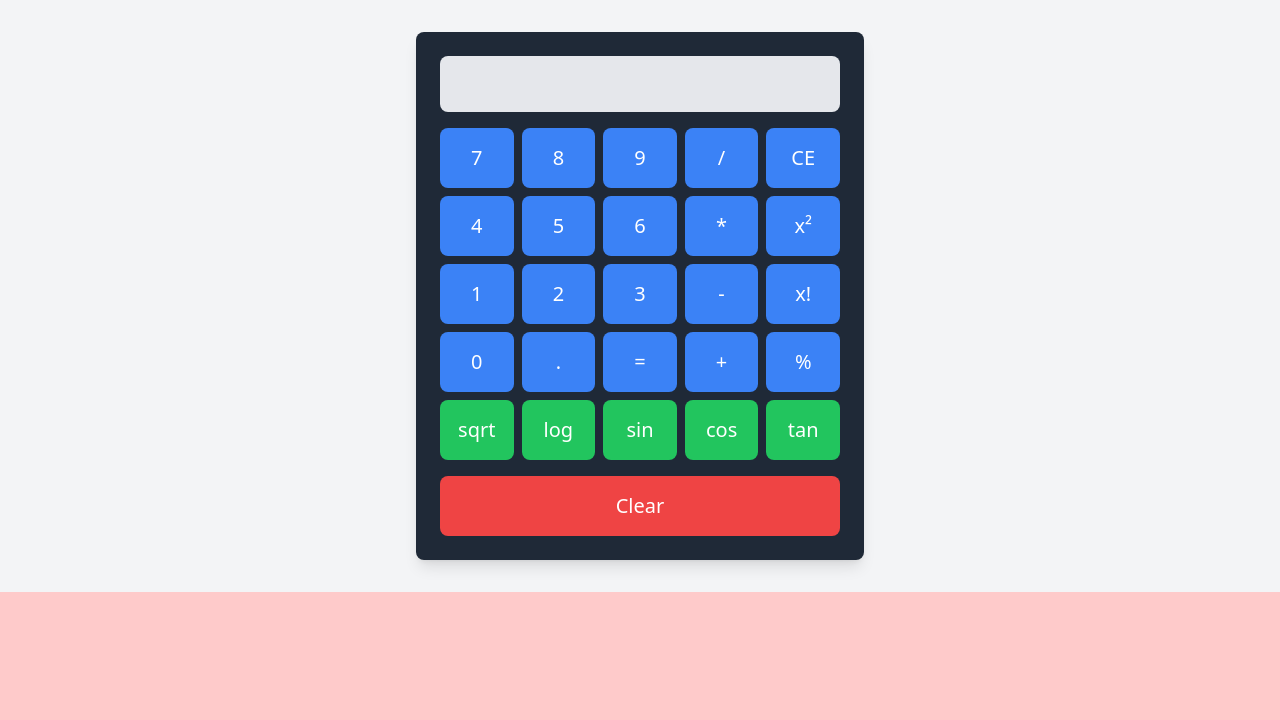
Repository: Sirinegaddour11/Calculator-App
Page: /
The author's editor kept a copy of each file at every save. The page is drawn from the files as they stood at one save, then again after the next save.
The browser window is 1280 px wide. The pictures show the whole page.
The project was rebuilt for these pictures with package versions that can differ from the ones it lists, and the page was loaded fresh each time. The framework's server and built-in components were replaced by stand-ins that run in the browser. Also part of the build but not shown: next.config.mjs.

Above is the page before, as saved 2024-09-16 19:21:20.

### app/layout.tsx
import type { Metadata } from "next";
import "./globals.css";

export const metadata: Metadata = {
  title: "Calculator App",
  description: "Generated by me",
};

export default function RootLayout({
  children,
}: Readonly<{
  children: React.ReactNode;
}>) {
  return (
    <html lang="en">
      <body className="bg-red-200">{children}</body>
    </html>
  );
}

### app/page.tsx
import Calculator from "@/components/calculator";
import Image from "next/image";

export default function Home() {
  return (
    <div>
      <Calculator />
    </div>
  );
}

### app/globals.css
@tailwind base;
@tailwind components;
@tailwind utilities;

.dark .three-d {
  text-shadow: 0px 5px 0px #533519;
}
.three-d {
  text-shadow: none;
}
.dark .simplebar-scrollbar ::before {
 background-color: rgb(216, 217, 231);
}

### components/calculator.tsx
"use client";
import React, { useState } from "react";
import { evaluate, pi, exp, ln, factorial } from "mathjs";

const Calculator: React.FC = () => {
  const [expression, setExpression] = useState<string>("");
  const [lastResult, setLastResult] = useState<string>("");

  const handleButtonClick = (value: string) => {
    switch (value) {
      case "pi":
        setExpression((prev) => prev + pi.toString());
        break;
      case "e":
        setExpression((prev) => prev + exp(1).toString());
        break;
      case "Ans":
        setExpression((prev) => prev + lastResult);
        break;
      case "ln":
        setExpression((prev) => prev + "ln(");
        break;
      case "x!":
        setExpression((prev) => prev + "factorial(");
        break;
      case "%":
        setExpression((prev) => prev + "/100");
        break;
      case "inv":
        setExpression((prev) => prev + "^(-1)");
        break;
      case "EXP":
        setExpression((prev) => prev + "*10^");
        break;
      case "CE":
        setExpression((prev) => prev.slice(0, -1));
        break;
      case "x²":
        setExpression((prev) => prev + "^2");
        break;
      default:
        if (["sqrt", "log", "sin", "cos", "tan", "^"].includes(value)) {
          setExpression((prev) => prev + value + "(");
        } else if (value === ")") {
          setExpression((prev) => prev + value);
        } else {
          setExpression((prev) => prev + value);
        }
        break;
    }
  };

  const handleCalculate = () => {
    try {
      const result = evaluate(expression);
      setLastResult(result.toString());
      setExpression(result.toString());
    } catch (error) {
      setExpression("Error");
    }
  };

  const handleClear = () => {
    setExpression("");
    setLastResult("");
  };

  return (
    <div className="flex justify-center items-center min-w-[50vh] p-8 bg-gray-100">
      <div className="max-w-md w-full bg-gray-800 rounded-lg shadow-lg p-6">
        <input
          type="text"
          className="w-full mb-4 p-3 text-2xl text-right bg-gray-200 rounded-lg"
          value={expression}
          readOnly
        />
        <div className="grid grid-cols-5 gap-2">

          {/* Ligne 1 */}
          {["7", "8", "9", "/", "CE"].map((value, index) => (
            <button
              key={index}
              className="p-4 bg-blue-500 text-white rounded-lg hover:bg-blue-600 text-xl"
              onClick={() =>
                value === "CE"
                  ? handleButtonClick(value)
                  : handleButtonClick(value)
              }
            >
              {value}
            </button>
          ))}
          {/* Ligne 2 */}
          {["4", "5", "6", "*", "x²"].map((value, index) => (
            <button
              key={index}
              className="p-4 bg-blue-500 text-white rounded-lg hover:bg-blue-600 text-xl"
              onClick={() => handleButtonClick(value)}
            >
              {value}
            </button>
          ))}
          {/* Ligne 3 */}
          {["1", "2", "3", "-", "x!"].map((value, index) => (
            <button
              key={index}
              className="p-4 bg-blue-500 text-white rounded-lg hover:bg-blue-600 text-xl"
              onClick={() => handleButtonClick(value)}
            >
              {value}
            </button>
          ))}
          {/* Ligne 4 */}
          {["0", ".", "=", "+", "%"].map((value, index) => (
            <button
              key={index}
              className="p-4 bg-blue-500 text-white rounded-lg hover:bg-blue-600 text-xl"
              onClick={() =>
                value === "=" ? handleCalculate() : handleButtonClick(value)
              }
            >
              {value}
            </button>
          ))}
          {/* Ligne 5 (fonctions scientifiques) */}
          {["sqrt", "log", "sin", "cos", "tan"].map((func, index) => (
            <button
              key={index}
              className="p-4 bg-green-500 text-white rounded-lg hover:bg-green-600 text-xl"
              onClick={() => handleButtonClick(func)}
            >
              {func}
            </button>
          ))}
        </div>
        <button
          className="mt-4 w-full p-4 bg-red-500 text-white rounded-lg hover:bg-red-600 text-xl"
          onClick={handleClear}
        >
          Clear
        </button>
      </div>
    </div>
  );
};

export default Calculator;

Loaded but not shown: tailwind.config.ts (common file)

After the next save:
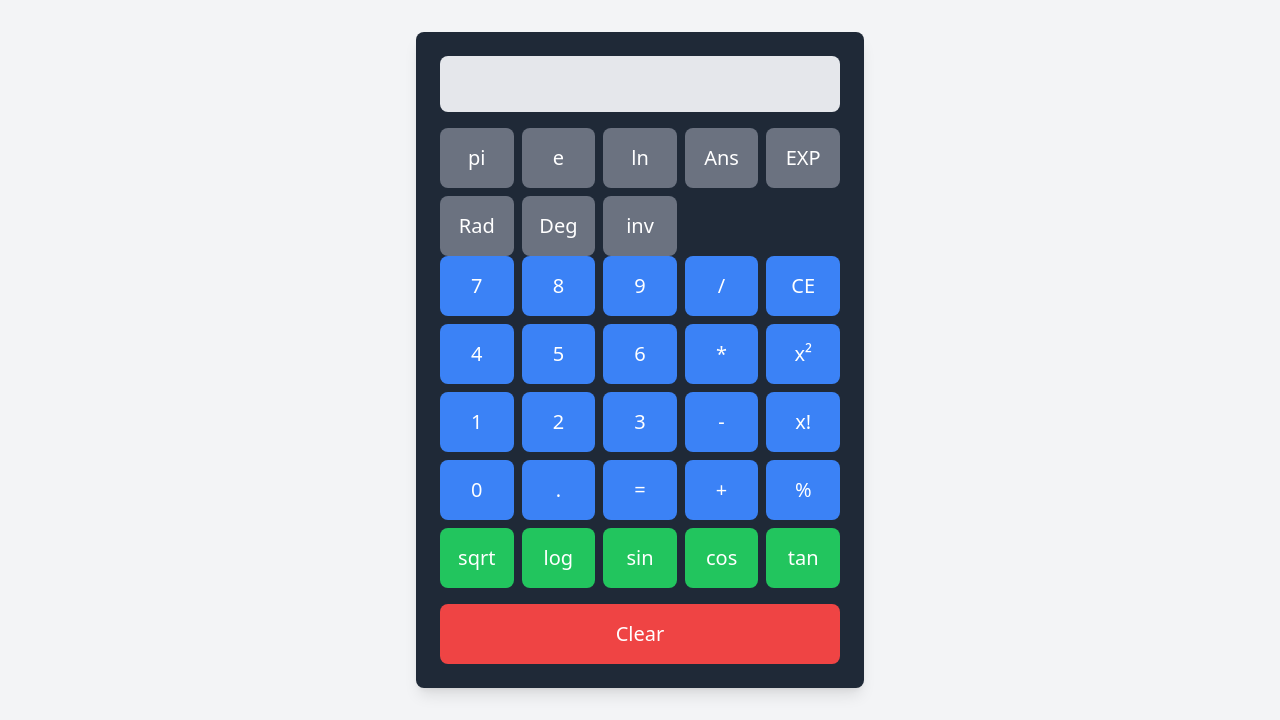
Saved 5 s later.
--- a/components/calculator.tsx
+++ b/components/calculator.tsx
@@ -74,8 +74,21 @@ const Calculator: React.FC = () => {
           value={expression}
           readOnly
         />
+        {/* Ligne 6 (fonctions supplémentaires) */}
         <div className="grid grid-cols-5 gap-2">
-
+          {["pi", "e", "ln", "Ans", "EXP", "Rad", "Deg", "inv"].map(
+            (func, index) => (
+              <button
+                key={index}
+                className="p-4 bg-gray-500 text-white rounded-lg hover:bg-gray-600 text-xl"
+                onClick={() => handleButtonClick(func)}
+              >
+                {func}
+              </button>
+            )
+          )}
+        </div>
+        <div className="grid grid-cols-5 gap-2">
           {/* Ligne 1 */}
           {["7", "8", "9", "/", "CE"].map((value, index) => (
             <button
